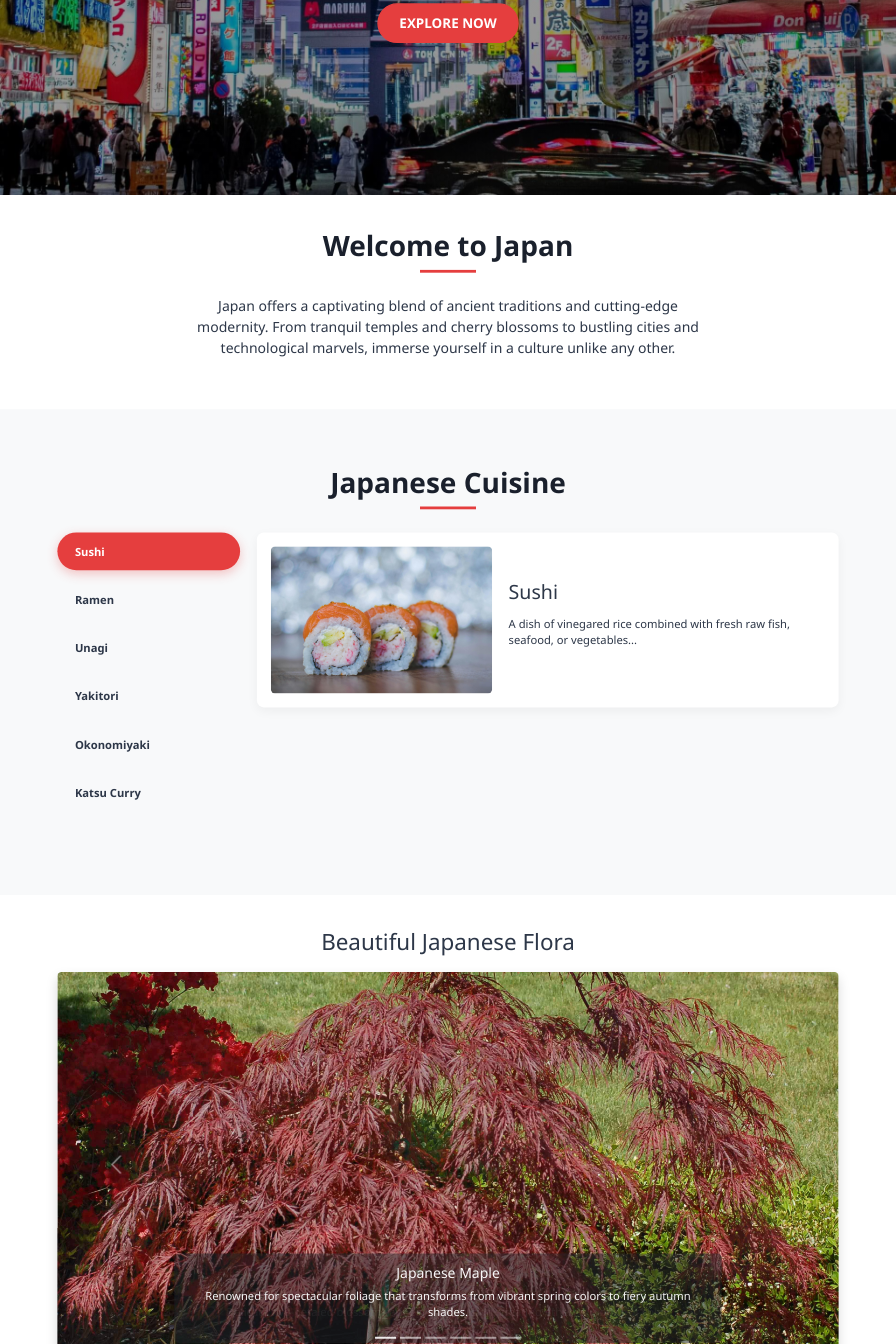
Repository: urielaracena/softwareDev
Page: project1/project1.html
The author's editor kept a copy of each file at every save. The page is drawn from the files as they stood at one save, then again after the next save.
The browser window is 1280 px wide. The pictures show the part of the page from y = 441 to 2361 px (the page is 3602 px tall), at 70% of full size.
Backgrounds fixed to the window are drawn as part of the page.

Above is the page before, as saved 2025-04-18 21:16:00.

### project1/project1.html
<!doctype html>
<html lang="en">
  <head>
    <meta charset="utf-8">
    <meta name="viewport" content="width=device-width, initial-scale=1">
    <title>Japan - Discover The Land of the Rising Sun</title>
    <link href="https://cdn.jsdelivr.net/npm/bootstrap@5.3.5/dist/css/bootstrap.min.css" rel="stylesheet" integrity="sha384-SgOJa3DmI69IUzQ2PVdRZhwQ+dy64/BUtbMJw1MZ8t5HZApcHrRKUc4W0kG879m7" crossorigin="anonymous">
    <link rel="stylesheet" href="project1style.css">

  <body>
    <!-- Navbar -->
    <nav class="navbar fixed-top navbar-expand-lg navbar-light">
      <div class="container">
        <a class="navbar-brand" href="#">
          <img src="images/japan-logo.jpeg" alt="Logo" class="d-inline-block align-text-top logo-img">
          Discover Japan
        </a>
        <button class="navbar-toggler" type="button" data-bs-toggle="collapse" data-bs-target="#navbarNav" aria-controls="navbarNav" aria-expanded="false" aria-label="Toggle navigation">
          <span class="navbar-toggler-icon"></span>
        </button>
        <div class="collapse navbar-collapse justify-content-end" id="navbarNav">
          <ul class="navbar-nav">
            <li class="nav-item">
              <a class="nav-link active" href="#home">Home</a>
            </li>
            <li class="nav-item">
              <a class="nav-link" href="#cuisine">Cuisine</a>
            </li>
            <li class="nav-item">
              <a class="nav-link" href="#nature">Nature</a>
            </li>
            <li class="nav-item">
              <a class="nav-link" href="#activities">Activities</a>
            </li>
            <li class="nav-item">
              <a class="nav-link" href="#gallery">Gallery</a>
            </li>
          </ul>
        </div>
      </div>
    </nav>

    <!-- Hero Section -->
    <section id="home" class="hero">
      <div class="hero-content hover-wrapper">
        <h1 class="hero-title">Discover <span class="highlight-word">Japan</span></h1>
        <p class="hero-subtitle">Experience the perfect harmony of ancient traditions and modern innovations</p>
        <a href="#activities" class="btn btn-danger hero-btn hover-btn">Explore Now</a>
      </div>
    </section>

    <!-- Introduction Section -->
    <section class="py-5">
      <div class="container">
        <h2 class="section-title">Welcome to Japan</h2>
        <div class="row justify-content-center">
          <div class="col-lg-8 text-center">
            <p class="lead mb-4">Japan offers a captivating blend of ancient traditions and cutting-edge modernity. From tranquil temples and cherry blossoms to bustling cities and technological marvels, immerse yourself in a culture unlike any other.</p>
          </div>
        </div>
      </div>
    </section>

   <!-- Cuisine Section -->
   <section id="cuisine" class="category-section">
      <div class="container">
        <h2 class="section-title">Japanese Cuisine</h2>

        <!-- Tabs Menu -->
        <div class="row">
          <!-- Horizontal tabs for small screens -->
          <div class="col-12 mb-4 d-lg-none">
            <div class="nav nav-pills d-flex flex-nowrap overflow-auto cuisine-tabs-mobile" id="cuisine-tabs-mobile">
              <button class="nav-link active me-2" id="sushi-tab-mobile" data-bs-toggle="pill" data-bs-target="#sushi">Sushi</button>
              <button class="nav-link me-2" id="ramen-tab-mobile" data-bs-toggle="pill" data-bs-target="#ramen">Ramen</button>
              <button class="nav-link me-2" id="unagi-tab-mobile" data-bs-toggle="pill" data-bs-target="#unagi">Unagi</button>
              <button class="nav-link me-2" id="yakitori-tab-mobile" data-bs-toggle="pill" data-bs-target="#yakitori">Yakitori</button>
              <button class="nav-link me-2" id="okonomiyaki-tab-mobile" data-bs-toggle="pill" data-bs-target="#okonomiyaki">Okonomiyaki</button>
              <button class="nav-link me-2" id="curry-tab-mobile" data-bs-toggle="pill" data-bs-target="#curry">Katsu Curry</button>
            </div>
          </div>

          <!-- Vertical Tabs for Large Screens -->
          <div class="col-lg-3 d-none d-lg-block mb-4">
            <div class="d-flex flex-column category-tabs">
              <button class="category-tab active" id="sushi-tab" data-bs-toggle="pill" data-bs-target="#sushi">Sushi</button>
              <button class="category-tab" id="ramen-tab" data-bs-toggle="pill" data-bs-target="#ramen">Ramen</button>
              <button class="category-tab" id="unagi-tab" data-bs-toggle="pill" data-bs-target="#unagi">Unagi</button>
              <button class="category-tab" id="yakitori-tab" data-bs-toggle="pill" data-bs-target="#yakitori">Yakitori</button>
              <button class="category-tab" id="okonomiyaki-tab" data-bs-toggle="pill" data-bs-target="#okonomiyaki">Okonomiyaki</button>
              <button class="category-tab" id="curry-tab" data-bs-toggle="pill" data-bs-target="#curry">Katsu Curry</button>
            </div>
          </div>

          <!-- Tab Content -->
          <div class="col-lg-9">
            <div class="tab-content category-content">
              <div class="tab-pane fade show active" id="sushi">
                <div class="row align-items-center">
                  <div class="col-md-5 mb-3 mb-md-0">
                    <img src="images/sushi.jpg" alt="Sushi plate with various nigiri and rolls" class="img-fluid rounded">
                  </div>
                  <div class="col-md-7">
                    <h3 class="mb-3">Sushi</h3>
                    <p>A dish of vinegared rice combined with fresh raw fish, seafood, or vegetables...</p>
                  </div>
                </div>
              </div>
              <div class="tab-pane fade" id="ramen">
                <div class="row align-items-center">
                  <div class="col-md-5 mb-3 mb-md-0">
                    <img src="images/ramen.jpg" alt="Bowl of ramen with broth, noodles and toppings" class="img-fluid rounded">
                  </div>
                  <div class="col-md-7">
                    <h3 class="mb-3">Ramen</h3>
                    <p>A noodle soup dish featuring wheat noodles served in a meat-based broth...</p>
                  </div>
                </div>
              </div>
              <div class="tab-pane fade" id="unagi">
                <div class="row align-items-center">
                  <div class="col-md-5 mb-3 mb-md-0">
                    <img src="images/unagi.jpg" alt="Grilled unagi eel on rice" class="img-fluid rounded">
                  </div>
                  <div class="col-md-7">
                    <h3 class="mb-3">Unagi</h3>
                    <p>A traditional delicacy of freshwater eel grilled with a sweet soy-based sauce...</p>
                  </div>
                </div>
              </div>
              <div class="tab-pane fade" id="yakitori">
                <div class="row align-items-center">
                  <div class="col-md-5 mb-3 mb-md-0">
                    <img src="images/yakitori.jpg" alt="Grilled yakitori chicken skewers" class="img-fluid rounded">
                  </div>
                  <div class="col-md-7">
                    <h3 class="mb-3">Yakitori</h3>
                    <p>Skewered chicken pieces grilled over charcoal, served with tare or salt...</p>
                  </div>
                </div>
              </div>
              <div class="tab-pane fade" id="okonomiyaki">
                <div class="row align-items-center">
                  <div class="col-md-5 mb-3 mb-md-0">
                    <img src="images/okonomiyaki.jpg" alt="Okonomiyaki pancake topped with sauce and bonito flakes" class="img-fluid rounded">
                  </div>
                  <div class="col-md-7">
                    <h3 class="mb-3">Okonomiyaki</h3>
                    <p>A savory pancake with a variety of ingredients, including shredded cabbage...</p>
                  </div>
                </div>
              </div>
              <div class="tab-pane fade" id="curry">
                <div class="row align-items-center">
                  <div class="col-md-5 mb-3 mb-md-0">
                    <img src="images/katsu-curry.jpg" alt="Katsu curry with rice and breaded cutlet" class="img-fluid rounded">
                  </div>
                  <div class="col-md-7">
                    <h3 class="mb-3">Katsu Curry</h3>
                    <p>A dish combining crispy breaded cutlet with Japanese curry sauce...</p>
                  </div>
                </div>
              </div>
            </div>
          </div>
        </div>
      </div>
    </section>

    <section class="container py-5">
        <h2 class="text-center mb-4">Beautiful Japanese Flora</h2>
        <div id="floraCarousel" class="carousel slide carousel-fade" data-bs-ride="carousel">
          <div class="carousel-inner rounded shadow">
            <div class="carousel-item active">
              <img src="images/japanese-maple.jpg" class="d-block w-100" alt="Japanese Maple">
              <div class="carousel-caption bg-dark bg-opacity-50 rounded p-3">
                <h5>Japanese Maple</h5>
                <p>Renowned for spectacular foliage that transforms from vibrant spring colors to fiery autumn shades.</p>
              </div>
            </div>

            <div class="carousel-item">
              <img src="images/japanese-sakura.jpg" class="d-block w-100" alt="Sakura (Cherry Blossom)">
              <div class="carousel-caption bg-dark bg-opacity-50 rounded p-3">
                <h5>Sakura (Cherry Blossom)</h5>
                <p>Delicate five-petaled blossoms appear in profusion, creating ethereal clouds of color.</p>
              </div>
            </div>

            <div class="carousel-item">
              <img src="images/japanese-peony.jpg" class="d-block w-100" alt="Japanese Peony">
              <div class="carousel-caption bg-dark bg-opacity-50 rounded p-3">
                <h5>Japanese Peony</h5>
                <p>Large, silky blooms with a wide range of colors and ruffled petals.</p>
              </div>
            </div>

            <div class="carousel-item">
              <img src="images/japanese-iris.jpeg" class="d-block w-100" alt="Japanese Iris">
              <div class="carousel-caption bg-dark bg-opacity-50 rounded p-3">
                <h5>Japanese Iris</h5>
                <p>Elegant horizontal flowers bloom in summer with rich colors and veining.</p>
              </div>
            </div>

            <div class="carousel-item">
              <img src="images/japanese-nandina.jpg" class="d-block w-100" alt="Nandina">
              <div class="carousel-caption bg-dark bg-opacity-50 rounded p-3">
                <h5>Nandina</h5>
                <p>Foliage changes color throughout the year with brilliant red berries in winter.</p>
              </div>
            </div>

            <div class="carousel-item">
              <img src="images/japanese-camellia.jpg" class="d-block w-100" alt="Japanese Camellia">
              <div class="carousel-caption bg-dark bg-opacity-50 rounded p-3">
                <h5>Japanese Camellia</h5>
                <p>Winter blooms in shades from white to deep red, set against glossy evergreen leaves.</p>
              </div>
            </div>
          </div>

          <!-- Controls -->
          <button class="carousel-control-prev" type="button" data-bs-target="#floraCarousel" data-bs-slide="prev">
            <span class="carousel-control-prev-icon" aria-hidden="true"></span>
            <span class="visually-hidden">Previous</span>
          </button>
          <button class="carousel-control-next" type="button" data-bs-target="#floraCarousel" data-bs-slide="next">
            <span class="carousel-control-next-icon" aria-hidden="true"></span>
            <span class="visually-hidden">Next</span>
          </button>

          <!-- Indicators -->
          <div class="carousel-indicators mt-3">
            <button type="button" data-bs-target="#floraCarousel" data-bs-slide-to="0" class="active" aria-current="true" aria-label="Slide 1"></button>
            <button type="button" data-bs-target="#floraCarousel" data-bs-slide-to="1" aria-label="Slide 2"></button>
            <button type="button" data-bs-target="#floraCarousel" data-bs-slide-to="2" aria-label="Slide 3"></button>
            <button type="button" data-bs-target="#floraCarousel" data-bs-slide-to="3" aria-label="Slide 4"></button>
            <button type="button" data-bs-target="#floraCarousel" data-bs-slide-to="4" aria-label="Slide 5"></button>
            <button type="button" data-bs-target="#floraCarousel" data-bs-slide-to="5" aria-label="Slide 6"></button>
          </div>
        </div>
      </section>


    <!-- Activities Section -->
    <section id="activities" class="category-section py-5">
        <div class="container">
          <h2 class="section-title mb-5">Top Japanese Activities</h2>

          <div class="row g-4">
            <!-- Card Start -->
            <div class="col-lg-6">
              <div class="card h-100">
                <div class="row g-0 h-100">
                  <div class="col-md-6">
                    <img src="images/onsen.jpg" alt="Traditional Japanese outdoor hot spring bath" class="img-fluid h-100 w-100 object-fit-cover">
                  </div>
                  <div class="col-md-6 d-flex flex-column">
                    <div class="card-body">
                      <h5 class="card-title">Relax in an Onsen</h5>
                      <p class="card-text">Experience the therapeutic mineral-rich waters of Japan's hot springs, often set in beautiful natural surroundings...</p>
                    </div>
                  </div>
                </div>
              </div>
            </div>

            <!-- Repeat Cards Below -->
            <div class="col-lg-6">
              <div class="card h-100">
                <div class="row g-0 h-100">
                  <div class="col-md-6">
                    <img src="images/cherry-blossom-view.jpg" alt="Cherry blossom viewing picnic" class="img-fluid h-100 w-100 object-fit-cover">
                  </div>
                  <div class="col-md-6 d-flex flex-column">
                    <div class="card-body">
                      <h5 class="card-title">Cherry Blossom Viewing</h5>
                      <p class="card-text">Join the centuries-old tradition of hanami during spring...</p>
                    </div>
                  </div>
                </div>
              </div>
            </div>

            <!-- Animal Café -->
            <div class="col-lg-6">
              <div class="card h-100">
                <a href="sub_page1.html">
                <div class="row g-0 h-100">
                  <div class="col-md-6">
                    <img src="images/animal-cafe.jpg" alt="Shiba Inu at a Japanese animal cafe" class="img-fluid h-100 w-100 object-fit-cover">
                  </div>
                  <div class="col-md-6 d-flex flex-column">
                    <div class="card-body">
                      <h5 class="card-title">Visit an Animal Café</h5>
                      <p class="card-text">Enjoy a unique experience at Japan's animal cafés, where you can sip drinks while interacting with cats, owls, hedgehogs, or Shiba Inus...</p>
                    </div>
                  </div>
                </div>
                </a>
              </div>
            </div>

            <!-- Japanese Castle -->
            <div class="col-lg-6">
              <div class="card h-100">
                <div class="row g-0 h-100">
                  <div class="col-md-6">
                    <img src="images/japanese-castle.jpg" alt="Scenic view of Himeji Castle" class="img-fluid h-100 w-100 object-fit-cover">
                  </div>
                  <div class="col-md-6 d-flex flex-column">
                    <div class="card-body">
                      <h5 class="card-title">Explore a Japanese Castle</h5>
                      <p class="card-text">Step back into the age of samurai at Japan's magnificently preserved castles...</p>
                    </div>
                  </div>
                </div>
              </div>
            </div>

            <!-- Tea Ceremony -->
            <div class="col-lg-6">
              <div class="card h-100">
                <div class="row g-0 h-100">
                  <div class="col-md-6">
                    <img src="images/tea-ceremony.jpg" alt="Traditional Japanese tea ceremony" class="img-fluid h-100 w-100 object-fit-cover">
                  </div>
                  <div class="col-md-6 d-flex flex-column">
                    <div class="card-body">
                      <h5 class="card-title">Experience a Tea Ceremony</h5>
                      <p class="card-text">Participate in this centuries-old ritual that embodies harmony, respect, purity, and tranquility...</p>
                    </div>
                  </div>
                </div>
              </div>
            </div>

            <!-- Shrines & Temples -->
            <div class="col-lg-6">
              <div class="card h-100">
                <div class="row g-0 h-100">
                  <div class="col-md-6">
                    <img src="images/japanese-shrine.jpg" alt="Japanese shrine with torii gate" class="img-fluid h-100 w-100 object-fit-cover">
                  </div>
                  <div class="col-md-6 d-flex flex-column">
                    <div class="card-body">
                      <h5 class="card-title">Explore Temples & Shrines</h5>
                      <p class="card-text">Discover Japan's spiritual heritage at its beautiful temples and shrines...</p>
                    </div>
                  </div>
                </div>
              </div>
            </div>

          </div> <!-- row -->
        </div> <!-- container -->
      </section>


    <!-- Gallery Section -->
    <section id="gallery" class="py-5">
      <div class="container">
        <h2 class="section-title">Japan Gallery</h2>
        <div class="row">
          <!-- Gllery content here -->
          <p class="text-center">Gallery content coming soon...</p>
        </div>
      </div>
    </section>

    <!-- Footer -->
    <footer class="bg-dark text-white py-4">
      <div class="container">
        <div class="row">
          <div class="col-md-6">
            <h5>Discover Japan</h5>
            <p>Experience the perfect harmony of ancient traditions and modern innovations.</p>
          </div>
          <div class="col-md-6 text-md-end">
            <p>&copy; 2025 Japan Tourism. All rights reserved.</p>
          </div>
        </div>
      </div>
    </footer>

    <!-- Bootstrap JS Bundle with Popper -->
    <script src="https://cdn.jsdelivr.net/npm/bootstrap@5.3.5/dist/js/bootstrap.bundle.min.js" integrity="sha384-XrPpZKi4zH+ZQDb5iJX44D4k9Z+oB4FyoF8RLr4ZgSh4Ckxnp8L2PjR0gxTIcQdX" crossorigin="anonymous"></script>
  </body>
</html>

Loaded but not shown: project1/project1style.css (352 lines, source omitted)

After the next save:
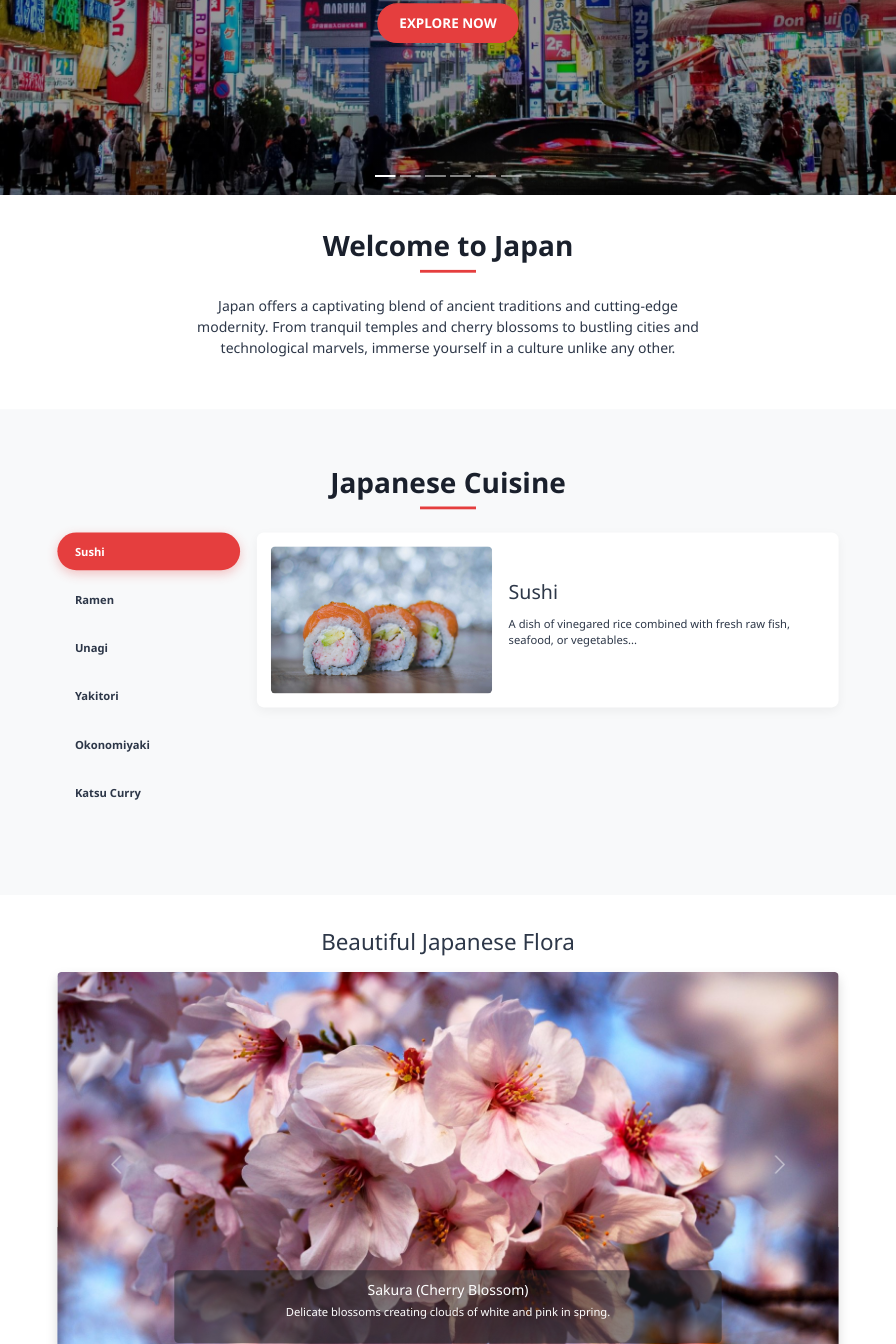
Saved 3 min 22 s later.
--- a/project1/project1.html
+++ b/project1/project1.html
@@ -169,37 +169,39 @@
 
     <section class="container py-5">
         <h2 class="text-center mb-4">Beautiful Japanese Flora</h2>
-        <div id="floraCarousel" class="carousel slide carousel-fade" data-bs-ride="carousel">
+
+        <div id="floraCarousel" class="carousel slide carousel-fade" data-bs-ride="carousel" data-bs-interval="4000">
           <div class="carousel-inner rounded shadow">
+
             <div class="carousel-item active">
               <img src="images/japanese-maple.jpg" class="d-block w-100" alt="Japanese Maple">
               <div class="carousel-caption bg-dark bg-opacity-50 rounded p-3">
                 <h5>Japanese Maple</h5>
-                <p>Renowned for spectacular foliage that transforms from vibrant spring colors to fiery autumn shades.</p>
-              </div>
-            </div>
-
-            <div class="carousel-item">
-              <img src="images/japanese-sakura.jpg" class="d-block w-100" alt="Sakura (Cherry Blossom)">
+                <p>Vibrant foliage that transforms from spring greens to fiery autumn reds.</p>
+              </div>
+            </div>
+
+            <div class="carousel-item">
+              <img src="images/japanese-sakura.jpg" class="d-block w-100" alt="Sakura">
               <div class="carousel-caption bg-dark bg-opacity-50 rounded p-3">
                 <h5>Sakura (Cherry Blossom)</h5>
-                <p>Delicate five-petaled blossoms appear in profusion, creating ethereal clouds of color.</p>
-              </div>
-            </div>
-
-            <div class="carousel-item">
-              <img src="images/japanese-peony.jpg" class="d-block w-100" alt="Japanese Peony">
+                <p>Delicate blossoms creating clouds of white and pink in spring.</p>
+              </div>
+            </div>
+
+            <div class="carousel-item">
+              <img src="images/japanese-peony.jpg" class="d-block w-100" alt="Peony">
               <div class="carousel-caption bg-dark bg-opacity-50 rounded p-3">
                 <h5>Japanese Peony</h5>
-                <p>Large, silky blooms with a wide range of colors and ruffled petals.</p>
-              </div>
-            </div>
-
-            <div class="carousel-item">
-              <img src="images/japanese-iris.jpeg" class="d-block w-100" alt="Japanese Iris">
+                <p>Massive blooms with ruffled petals in vivid, dramatic colors.</p>
+              </div>
+            </div>
+
+            <div class="carousel-item">
+              <img src="images/japanese-iris.jpeg" class="d-block w-100" alt="Iris">
               <div class="carousel-caption bg-dark bg-opacity-50 rounded p-3">
                 <h5>Japanese Iris</h5>
-                <p>Elegant horizontal flowers bloom in summer with rich colors and veining.</p>
+                <p>Elegant flowers with bold color patterns and sword-like leaves.</p>
               </div>
             </div>
 
@@ -207,20 +209,21 @@
               <img src="images/japanese-nandina.jpg" class="d-block w-100" alt="Nandina">
               <div class="carousel-caption bg-dark bg-opacity-50 rounded p-3">
                 <h5>Nandina</h5>
-                <p>Foliage changes color throughout the year with brilliant red berries in winter.</p>
-              </div>
-            </div>
-
-            <div class="carousel-item">
-              <img src="images/japanese-camellia.jpg" class="d-block w-100" alt="Japanese Camellia">
+                <p>Color-changing foliage and bright red winter berries.</p>
+              </div>
+            </div>
+
+            <div class="carousel-item">
+              <img src="images/japanese-camellia.jpg" class="d-block w-100" alt="Camellia">
               <div class="carousel-caption bg-dark bg-opacity-50 rounded p-3">
                 <h5>Japanese Camellia</h5>
-                <p>Winter blooms in shades from white to deep red, set against glossy evergreen leaves.</p>
-              </div>
-            </div>
-          </div>
-
-          <!-- Controls -->
+                <p>Winter-blooming flowers in white, pink, and red.</p>
+              </div>
+            </div>
+
+          </div>
+
+          <!-- Carousel Controls -->
           <button class="carousel-control-prev" type="button" data-bs-target="#floraCarousel" data-bs-slide="prev">
             <span class="carousel-control-prev-icon" aria-hidden="true"></span>
             <span class="visually-hidden">Previous</span>
@@ -229,6 +232,8 @@
             <span class="carousel-control-next-icon" aria-hidden="true"></span>
             <span class="visually-hidden">Next</span>
           </button>
+        </div>
+      </section>
 
           <!-- Indicators -->
           <div class="carousel-indicators mt-3">
